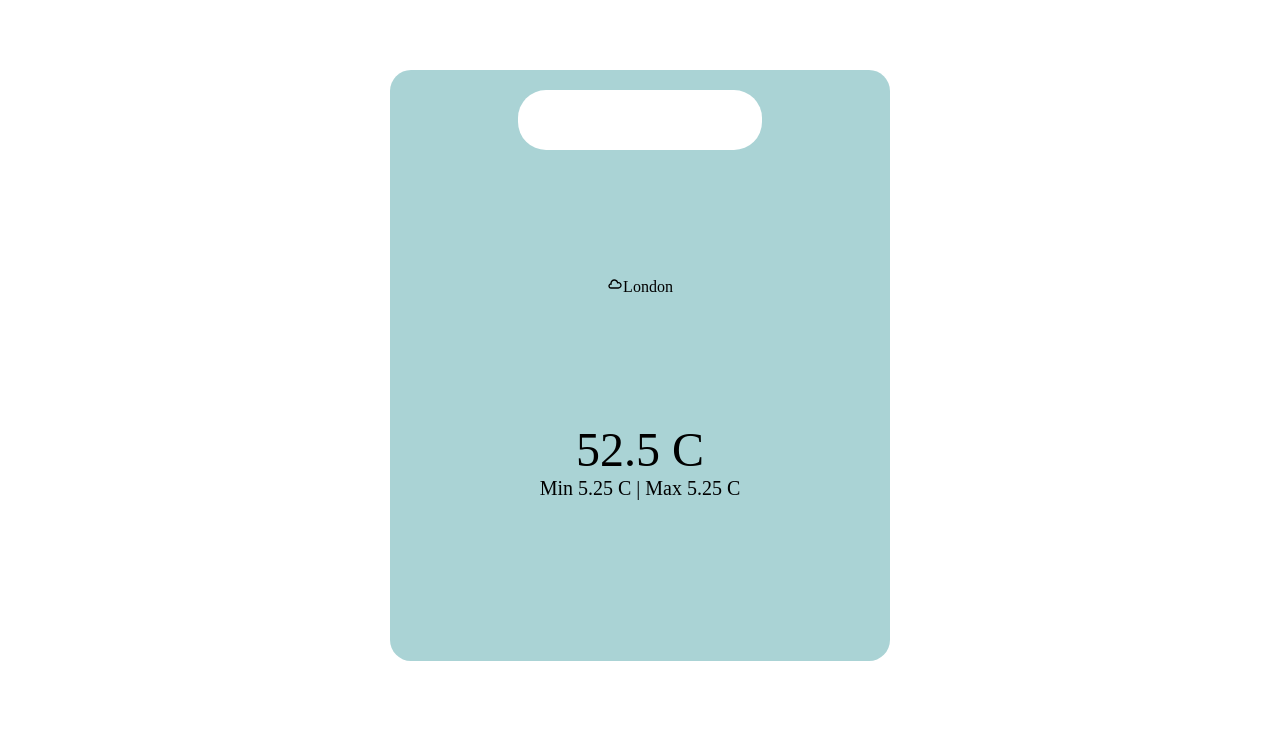
Repository: WajihaGul/Weather-App
Page: /
An editor plug-in stored every save of this project. The page is shown before and after the next save, followed by the edit.
The browser window is 1280 px wide. The pictures show the whole page.
The project was rebuilt for these pictures with package versions that can differ from the ones it lists, and the page was loaded fresh each time. Also part of the build but not shown: src/index.css.

Above is the page before, as saved 2024-05-29 18:21:23.

### public/index.html
<!DOCTYPE html>
<html lang="en">
  <head>
    <meta charset="utf-8" />
    <link rel="icon" href="%PUBLIC_URL%/favicon.ico" />
    <meta name="viewport" content="width=device-width, initial-scale=1" />
    <meta name="theme-color" content="#000000" />
    <meta
      name="description"
      content="Web site created using create-react-app"
    />
    <link rel="apple-touch-icon" href="%PUBLIC_URL%/logo192.png" />
    <!--
      manifest.json provides metadata used when your web app is installed on a
      user's mobile device or desktop. See https://developers.google.com/web/fundamentals/web-app-manifest/
    -->
    <link rel="stylesheet" href="https://cdnjs.cloudflare.com/ajax/libs/font-awesome/6.5.2/css/all.min.css" integrity="sha512-SnH5WK+bZxgPHs44uWIX+LLJAJ9/2PkPKZ5QiAj6Ta86w+fsb2TkcmfRyVX3pBnMFcV7oQPJkl9QevSCWr3W6A==" crossorigin="anonymous" referrerpolicy="no-referrer" />
    <link rel="manifest" href="%PUBLIC_URL%/manifest.json" />
    <!--
      Notice the use of %PUBLIC_URL% in the tags above.
      It will be replaced with the URL of the `public` folder during the build.
      Only files inside the `public` folder can be referenced from the HTML.

      Unlike "/favicon.ico" or "favicon.ico", "%PUBLIC_URL%/favicon.ico" will
      work correctly both with client-side routing and a non-root public URL.
      Learn how to configure a non-root public URL by running `npm run build`.
    -->
    <title>Weather App</title>
  </head>
  <body>
    <noscript>You need to enable JavaScript to run this app.</noscript>
    <div id="root"></div>
    <!--
      This HTML file is a template.
      If you open it directly in the browser, you will see an empty page.

      You can add webfonts, meta tags, or analytics to this file.
      The build step will place the bundled scripts into the <body> tag.

      To begin the development, run `npm start` or `yarn start`.
      To create a production bundle, use `npm run build` or `yarn build`.
    -->
  </body>
</html>

### src/App.js
import Weather from "./Components/Weather/Weather";
function App() {
  return <Weather />;
}

export default App;

### src/Components/Weather/Weather.jsx
import styles from "./Weather.module.css";
import { TiWeatherCloudy } from "react-icons/ti";
const Weather = () => {
  return (
    <>
      <div className={styles.divhead}>
        <div>
          <input className={styles.search} type="search" />
        </div>
        <div className={styles.city}>
          <TiWeatherCloudy className={StyleSheet.cloud} />
          London
        </div>
        <div className={styles.temperature}>52.5 C</div>
        <div className={styles.minmax}>Min 5.25 C | Max 5.25 C</div>
      </div>
    </>
  );
};

export default Weather;

### src/Components/Weather/Weather.module.css
.divhead{
        height: 591px;
    width: 500px;
    background-color: #aad3d5;
    margin: 0 auto;
    margin-top: 70px;
    margin-bottom: 70px;
    display: flex;
    flex-direction: column;
    align-items: center;
    border-radius: 21px;
}
.search{
    margin-top: 20px;
    width: 244px;
    height: 60px;
    border: none;
    border-radius: 28px;
}
.city{
      padding-left: 50px;
    padding-right: 50px;
    padding-top: 126px;
    padding-bottom: 126px;
    font-family: emoji;
}
.temperature{
    font-size: xxx-large;
}
.cloud{
    height: 52px;
    margin-bottom: -7px;
}
.minmax{
    font-size: 20px;
}

Loaded but not shown: src/index.js (common file); src/reportWebVitals.js (common file)

After the next save:
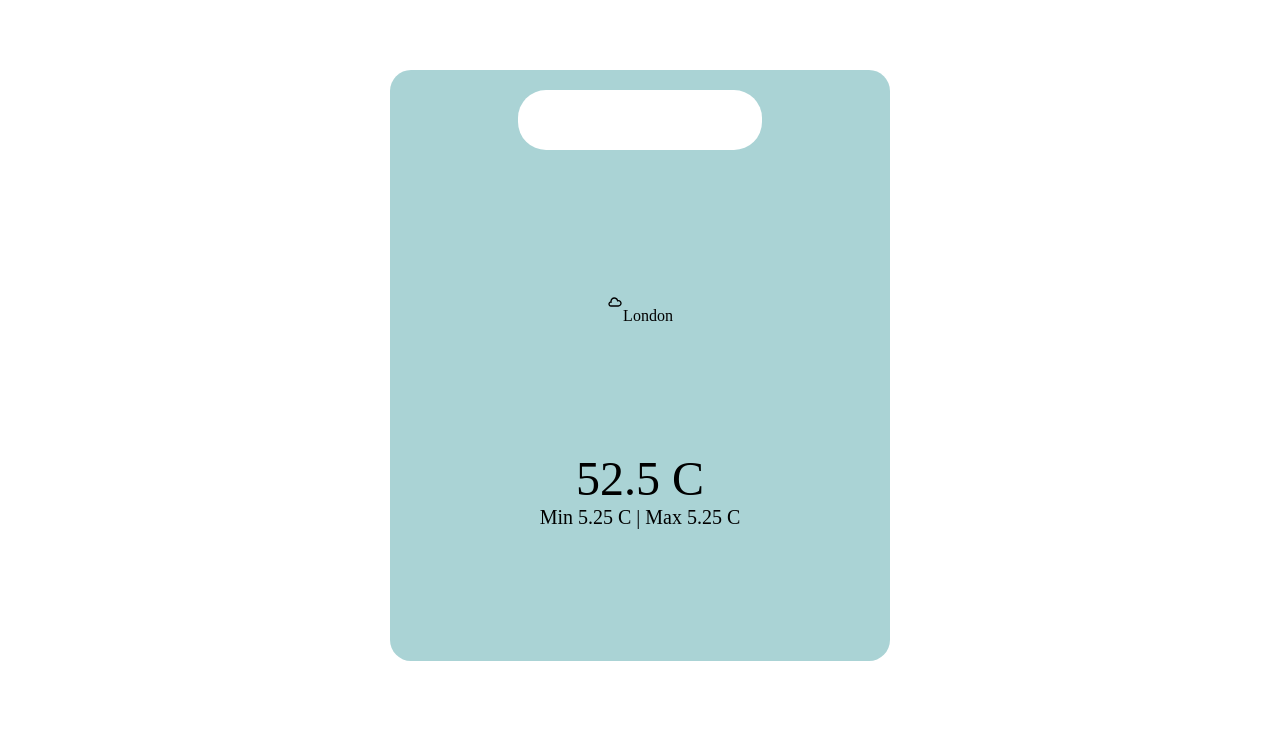
Saved 19 s later.
--- a/src/Components/Weather/Weather.jsx
+++ b/src/Components/Weather/Weather.jsx
@@ -8,7 +8,7 @@ const Weather = () => {
           <input className={styles.search} type="search" />
         </div>
         <div className={styles.city}>
-          <TiWeatherCloudy className={StyleSheet.cloud} />
+          <TiWeatherCloudy className={styles.cloud} />
           London
         </div>
         <div className={styles.temperature}>52.5 C</div>
